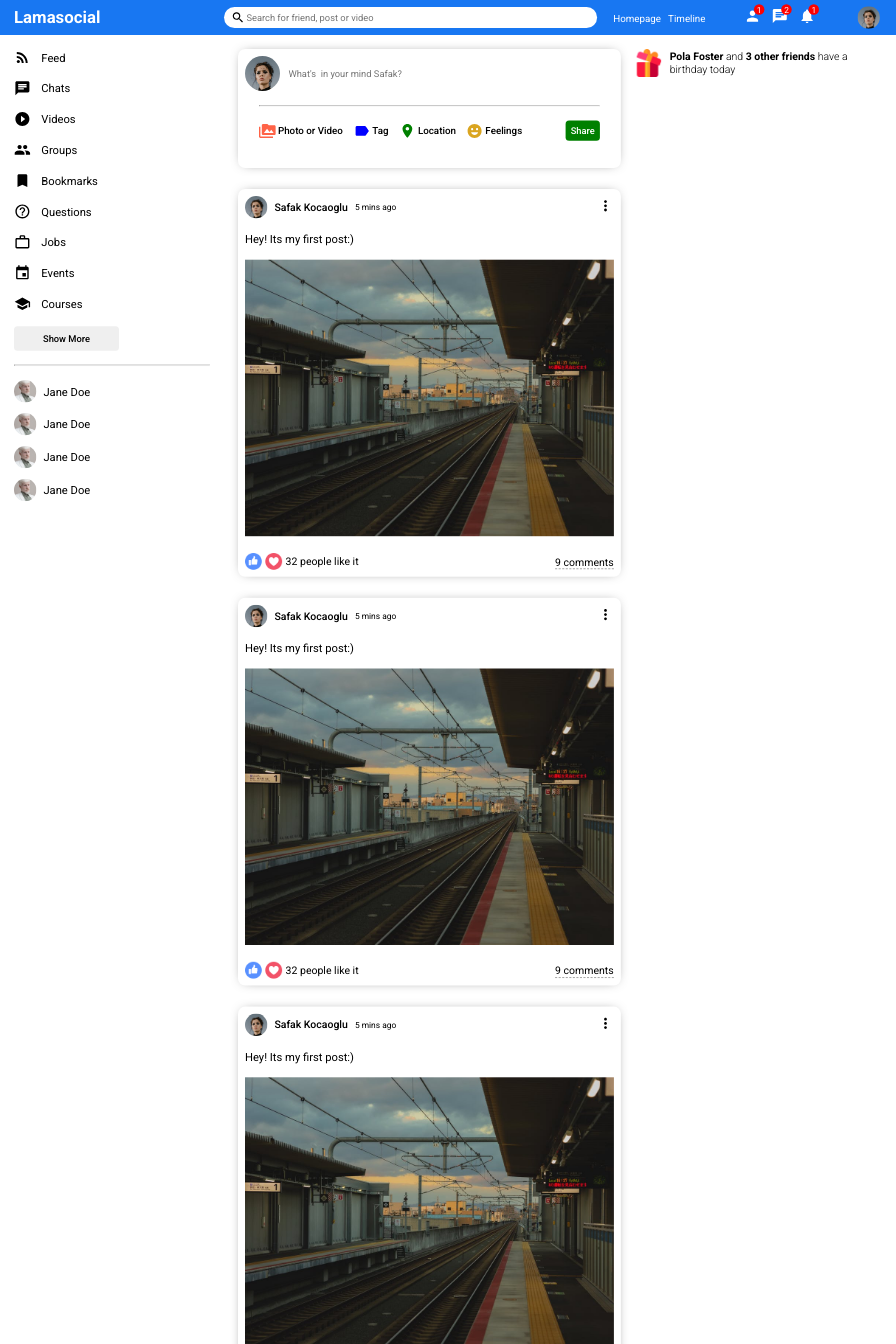
Repository: nazlinres01/react-social
Page: / (app in client/)
An editor plug-in stored every save of this project. The page is shown before and after the next save, followed by the edit.
The browser window is 1280 px wide. The pictures show the part of the page from y = 0 to 1920 px (the page is 3794 px tall before and 3367 px after), at 70% of full size.
The project was rebuilt for these pictures with package versions that can differ from the ones it lists, and the page was loaded fresh each time.

Above is the page before, as saved 2024-06-13 11:53:40.

### client/public/index.html
<!DOCTYPE html>
<html lang="en">

<head>
  <meta charset="utf-8" />
  <meta name="viewport" content="width=device-width, initial-scale=1" />
  <meta name="description" content="Web site created using create-react-app" />
  <link
    href="https://fonts.googleapis.com/css2?family=Roboto:ital,wght@0,100;0,300;0,400;0,500;0,700;0,900;1,100;1,300;1,400;1,500;1,700;1,900&display=swap"
    rel="stylesheet">
    <link rel="stylesheet" href="style.css">
  <title>Social App</title>
</head>

<body>
  <noscript>You need to enable JavaScript to run this app.</noscript>
  <div id="root"></div>
</body>

</html>

### client/src/App.js
import Home from "./pages/home/Home";

function App() {
  return <Home />
}

export default App;

### client/src/pages/home/Home.jsx
import Feed from "../../components/feed/Feed";
import Rightbar from "../../components/rightbar/Rightbar";
import Sidebar from "../../components/sidebar/Sidebar";
import Topbar from "../../components/topbar/Topbar";
import "./home.css"

export default function Home() {
    return (
        <>
            <Topbar />
            <div className="homeContainer">
                <Sidebar />
                <Feed />
                <Rightbar />

            </div>

        </>
    );
}

### client/src/components/feed/Feed.jsx
import Post from "../post/Post"
import Share from "../share/Share"
import "./feed.css"

export default function Feed() {
    return (
        <div className="feed">
            <div className="feedWrapper">
                <Share />
                <Post />
                <Post />
                <Post />
                <Post />
                <Post />
                <Post />

            </div>
        </div>
    )
}

### client/src/components/rightbar/Rightbar.jsx
import "./rightbar.css"

export default function Rightbar() {
    return (
        <div className="rightbar">
            <div className="rightbarWrapper">
                <div className="birthdayContainer">
                    <img className="birthdayImg" src="assets/gift.png" alt="" />
                    <span className="birthdayText">
                        <b>Pola Foster</b> and <b>3 other friends</b> have a birthday today</span>
                </div>
            </div>
        </div>
    )
}

### client/src/components/sidebar/Sidebar.jsx
import "./sidebar.css"
import { Bookmark, Chat, Event, Group, HelpOutline, PlayCircleFilledOutlined, RssFeed, School, WorkOutline } from "@material-ui/icons"

export default function Sidebar() {
    return (
        <div className="sidebar">
            <div className="sidebarWrapper">
                <ul className="sidebarList">
                    <li className="sidebarListItem">
                        <RssFeed className="sidebarIcon" />
                        <span className="sidebarListItemText">Feed</span>
                    </li>
                    <li className="sidebarListItem">
                        <Chat className="sidebarIcon" />
                        <span className="sidebarListItemText">Chats</span>
                    </li>
                    <li className="sidebarListItem">
                        <PlayCircleFilledOutlined className="sidebarIcon" />
                        <span className="sidebarListItemText">Videos</span>
                    </li>
                    <li className="sidebarListItem">
                        <Group className="sidebarIcon" />
                        <span className="sidebarListItemText">Groups</span>
                    </li>
                    <li className="sidebarListItem">
                        <Bookmark className="sidebarIcon" />
                        <span className="sidebarListItemText">Bookmarks</span>
                    </li>
                    <li className="sidebarListItem">
                        <HelpOutline className="sidebarIcon" />
                        <span className="sidebarListItemText">Questions</span>
                    </li>
                    <li className="sidebarListItem">
                        <WorkOutline className="sidebarIcon" />
                        <span className="sidebarListItemText">Jobs</span>
                    </li>
                    <li className="sidebarListItem">
                        <Event className="sidebarIcon" />
                        <span className="sidebarListItemText">Events</span>
                    </li>
                    <li className="sidebarListItem">
                        <School className="sidebarIcon" />
                        <span className="sidebarListItemText">Courses</span>
                    </li>
                </ul>
                <button className="sidebarButton">Show More</button>
                <hr className="sidebarHr" />
                <ul className="sidebarFriendList">
                    <li className="sidebarFriend">
                        <img className="sidebarFriendImg" src="/assets/person/2.jpeg" alt="" />
                        <span className="sidebarFriendName">Jane Doe</span>
                    </li>
                    <li className="sidebarFriend">
                        <img className="sidebarFriendImg" src="/assets/person/2.jpeg" alt="" />
                        <span className="sidebarFriendName">Jane Doe</span>
                    </li>
                    <li className="sidebarFriend">
                        <img className="sidebarFriendImg" src="/assets/person/2.jpeg" alt="" />
                        <span className="sidebarFriendName">Jane Doe</span>
                    </li>
                    <li className="sidebarFriend">
                        <img className="sidebarFriendImg" src="/assets/person/2.jpeg" alt="" />
                        <span className="sidebarFriendName">Jane Doe</span>
                    </li>
                    <li className="sidebarFriend">
                        <img className="sidebarFriendImg" src="/assets/person/2.jpeg" alt="" />
                        <span className="sidebarFriendName">Jane Doe</span>
                    </li>
                    <li className="sidebarFriend">
                        <img className="sidebarFriendImg" src="/assets/person/2.jpeg" alt="" />
                        <span className="sidebarFriendName">Jane Doe</span>
                    </li>
                    <li className="sidebarFriend">
                        <img className="sidebarFriendImg" src="/assets/person/2.jpeg" alt="" />
                        <span className="sidebarFriendName">Jane Doe</span>
                    </li>
                    <li className="sidebarFriend">
                        <img className="sidebarFriendImg" src="/assets/person/2.jpeg" alt="" />
                        <span className="sidebarFriendName">Jane Doe</span>
                    </li>
                    <li className="sidebarFriend">
                        <img className="sidebarFriendImg" src="/assets/person/2.jpeg" alt="" />
                        <span className="sidebarFriendName">Jane Doe</span>
                    </li>
                    <li className="sidebarFriend">
                        <img className="sidebarFriendImg" src="/assets/person/2.jpeg" alt="" />
                        <span className="sidebarFriendName">Jane Doe</span>
                    </li>
                    <li className="sidebarFriend">
                        <img className="sidebarFriendImg" src="/assets/person/2.jpeg" alt="" />
                        <span className="sidebarFriendName">Jane Doe</span>
                    </li>
                    <li className="sidebarFriend">
                        <img className="sidebarFriendImg" src="/assets/person/2.jpeg" alt="" />
                        <span className="sidebarFriendName">Jane Doe</span>
                    </li>
                    <li className="sidebarFriend">
                        <img className="sidebarFriendImg" src="/assets/person/2.jpeg" alt="" />
                        <span className="sidebarFriendName">Jane Doe</span>
                    </li>
                </ul>
            </div>
        </div>
    )
}

### client/src/components/topbar/Topbar.jsx
import "./topbar.css"
import { Search, Person, Chat, Notifications } from "@material-ui/icons"

export default function Topbar() {
  return (
    <div className="topbarContainer">
      <div className="topbarLeft">
        <span className="logo">Lamasocial</span>
      </div>
      <div className="topbarCenter">
        <div className="searchbar">
          <Search className="searchIcon" />
          <input placeholder="Search for friend, post or video" className="searchInput" />
        </div>
      </div>
      <div className="topbarRight">
        <div className="topbarLinks">
          <span className="topbarLink">Homepage</span>
          <span className="topbarLink">Timeline</span>
        </div>
        <div className="topbarIcons">
          <div className="topbarIconItem">
            <Person />
            <span className="topbarIconBadge">1</span>
          </div>
          <div className="topbarIconItem">
            <Chat />
            <span className="topbarIconBadge">2</span>
          </div>
          <div className="topbarIconItem">
            <Notifications />
            <span className="topbarIconBadge">1</span>
          </div>
        </div>
        <img src="/assets/person/1.jpeg" alt="" className="topbarImg" />
      </div>

    </div>
  )
}

### client/src/components/post/Post.jsx
import { MoreVert } from "@material-ui/icons"
import "./post.css"

export default function Post() {
    return (
        <div className="post">
            <div className="postWrapper">
                <div className="postTop">
                    <div className="postTopLeft">
                        <img src="/assets/person/1.jpeg" alt="" className="postProfileImg" />
                        <span className="postUsername">Safak Kocaoglu</span>
                        <span className="postDate">5 mins ago</span>

                    </div>
                    <div className="postTopRight">
                        <MoreVert />
                    </div>

                </div>
                <div className="postCenter">
                    <span className="postText">Hey! Its my first post:)</span>
                    <img className="postImg" src="assets/post/1.jpeg" alt="" />
                </div>
                <div className="postBottom">
                    <div className="postBottomLeft">
                        <img className="likeIcon" src="assets/like.png" alt="" />
                        <img className="likeIcon" src="assets/heart.png" alt="" />
                        <span className="postLikeCounter">32 people like it</span>
                    </div>
                    <div className="postBottomRight">
                        <span className="postCommentText">9 comments</span>
                    </div>

                </div>

            </div>

        </div>
    )
}

### client/src/components/share/Share.jsx
import "./share.css";
import { PermMedia, Label, Room, EmojiEmotions } from "@material-ui/icons";

export default function Share() {
    return (
        <div className="share">
            <div className="shareWrapper">
                <div className="shareTop">
                    <img src="/assets/person/1.jpeg" alt="" className="shareProfileImg" />
                    <input placeholder="What's  in your mind Safak?" className="shareInput" />
                </div>
                <hr className="shareHr" />
                <div className="shareBottom">
                    <div className="shareOptions">
                        <div className="shareOption">
                            <PermMedia htmlColor="tomato" className="shareIcon" />
                            <span className="shareOptionText">Photo or Video</span>
                        </div>
                        <div className="shareOption">
                            <Label htmlColor="blue" className="shareIcon" />
                            <span className="shareOptionText">Tag</span>
                        </div>
                        <div className="shareOption">
                            <Room htmlColor="green" className="shareIcon" />
                            <span className="shareOptionText">Location</span>
                        </div>
                        <div className="shareOption">
                            <EmojiEmotions htmlColor="goldenrod" className="shareIcon" />
                            <span className="shareOptionText">Feelings</span>
                        </div>
                    </div>
                    <button className="shareButton">Share</button>
                </div>
            </div>
        </div>
    )
}

### client/src/components/rightbar/rightbar.css
.rightbar {
    flex: 3.5;
}

.rightbarWrapper {
    padding: 20px 20px 0 0;
}

.birthdayContainer {
    display: flex;
    align-items: center;
}

.birthdayImg {
    width: 40px;
    height: 40px;
    margin-right: 10px;
}

.birthdayText {
    font-weight: 300;
    font-size: 15px;
}

### client/src/components/sidebar/sidebar.css
.sidebar {
    flex: 3;
    height: calc(100vh - 50px);
    overflow-y: scroll;
}

::-webkit-scrollbar {
    width: 5px;
}

::-webkit-scrolbar-track {
    background-color: #f1f1f1;
}

::-webkit-scrollbar-thumb {
    background-color: rgb(179, 179, 179);
}

.sidebarWrapper {
    padding: 20px;
}

.sidebarList {
    padding: 0;
    margin: 0;
    list-style: none;
}

.sidebarListItem {
    display: flex;
    align-items: center;
    margin-bottom: 20px;
}

.sidebarIcon {
    margin-right: 15px;
}

.sidebarButton {
    width: 150px;
    border: none;
    padding: 10px;
    border-radius: 5px;
    font-weight: 500;
}

.sidebarHr {
    margin: 20px 0;
}

.sidebarFriendList {
    padding: 0;
    margin: 0;
    list-style: none;
}

.sidebarFriend {
    display: flex;
    align-items: center;
    margin-bottom: 15px;
}

.sidebarFriendImg {
    width: 32px;
    height: 32px;
    border-radius: 50%;
    object-fit: cover;
    margin-right: 10px;
}

### client/src/components/topbar/topbar.css
.topbarContainer {
    height: 50px;
    width: 100%;
    background-color: #1877f2;
    display: flex;
    align-items: center;
    position: sticky;
    top: 0;
}

.topbarLeft {
    flex: 3;
}

.logo {
    font-size: 24px;
    margin-left: 20px;
    font-weight: bold;
    color: white;
    cursor: pointer;
}

.topbarCenter {
    flex: 5;
}

.searchbar {
    width: 100%;
    height: 30px;
    background-color: white;
    border-radius: 30px;
    display: flex;
    align-items: center;
}

.searchIcon {
    font-size: 20px !important;
    margin-left: 10px;
}

.searchInput {
    border: none;
    width: 70%;
}

.searchInput:focus {
    outline: none;
}

.topbarRight {
    flex: 4;
    display: flex;
    align-items: center;
    justify-content: space-around;
    color: white;
}

.topbarLink {
    margin-right: 10px;
    font-size: 14px;
    cursor: pointer;
}

.topbarIcons {
    display: flex;
}

.topbarIconItem {
    margin-right: 15px;
    cursor: pointer;
    position: relative;

}

.topbarIconBadge {
    width: 15px;
    height: 15px;
    background-color: red;
    border-radius: 50%;
    color: white;
    position: absolute;
    top: -5px;
    right: -5px;
    display: flex;
    align-items: center;
    justify-content: center;
    font-size: 12px;
}

.topbarImg {
    width: 32px;
    height: 32px;
    border-radius: 50%;
    object-fit: cover;
    cursor: pointer;
}

### client/src/components/post/post.css
.post {
    width: 100%;
    border-radius: 10px;
    -webkit-box-shdow: 0px 0px 16px -8px rgba(0, 0, 0, 0.68);
    box-shadow: 0px 0px 16px -8px rgba(0, 0, 0, 0.68);
    margin: 30px 0;
}

.postWrapper {
    padding: 10px;
}

.postTop {
    display: flex;
    align-items: center;
    justify-content: space-between;
}

.postTopLeft {
    display: flex;
    align-items: center;
}

.postProfileImg {
    width: 32px;
    height: 32px;
    border-radius: 50%;
    object-fit: cover;
}

.postUsername {
    font-size: 15px;
    font-weight: 500;
    margin: 0 10px;
}

.postDate {
    font-size: 12px;
}

.postCenter {
    margin: 20px 0;
}

.postImg {
    margin-top: 20px;
    width: 100%;
    max-height: 500px;
    object-fit: contain;
}

.postBottom {
    display: flex;
    align-items: center;
    justify-content: space-between;
}

.postBottomLeft {
    display: flex;
    align-items: center;
}

.likeIcon {
    width: 24px;
    height: 24px;
    margin-right: 5px;
    cursor: pointer;
}

.postLikeCounter {
    font-size: 15px;
}

.postCommentText {
    cursor: pointer;
    border-bottom: 1px dashed gray;
    font-size: 15px;
}

### client/src/components/share/share.css
.share {
    width: 100%;
    height: 170px;
    border-radius: 10px;
    -webkit-box-shdow: 0px 0px 16px -8px rgba(0, 0, 0, 0.68);
    box-shadow: 0px 0px 16px -8px rgba(0, 0, 0, 0.68);
}

.shareWrapper {
    padding: 10px;
}

.shareTop {
    display: flex;
    align-items: center;
}

.shareProfileImg {
    width: 50px;
    height: 50px;
    border-radius: 50%;
    object-fit: cover;
    margin-right: 10px;
}

.shareInput {
    border: none;
    width: 80%;
}

.shareInput:focus {
    outline: none;
}

.shareHr {
    margin: 20px;
}

.shareBottom {
    display: flex;
    align-items: center;
    justify-content: space-between;
}

.shareOptions {
    display: flex;
    margin-left: 20px;
}

.shareOption {
    display: flex;
    align-items: center;
    margin-right: 15px;
    cursor: pointer;
}

.shareIcon {
    font-size: 18px;
    margin-right: 3px
}

.shareOptionText {
    font-size: 14px;
    font-weight: 500;
}

.shareButton {
    border: none;
    padding: 7px;
    border-radius: 5px;
    background-color: green;
    font-weight: 500;
    margin-right: 20px;
    cursor: pointer;
    color: white;
}

Loaded but not shown: client/src/index.js (common file); client/src/pages/home/home.css (common file); client/src/components/feed/feed.css (common file); client/public/style.css (common file)

After the next save:
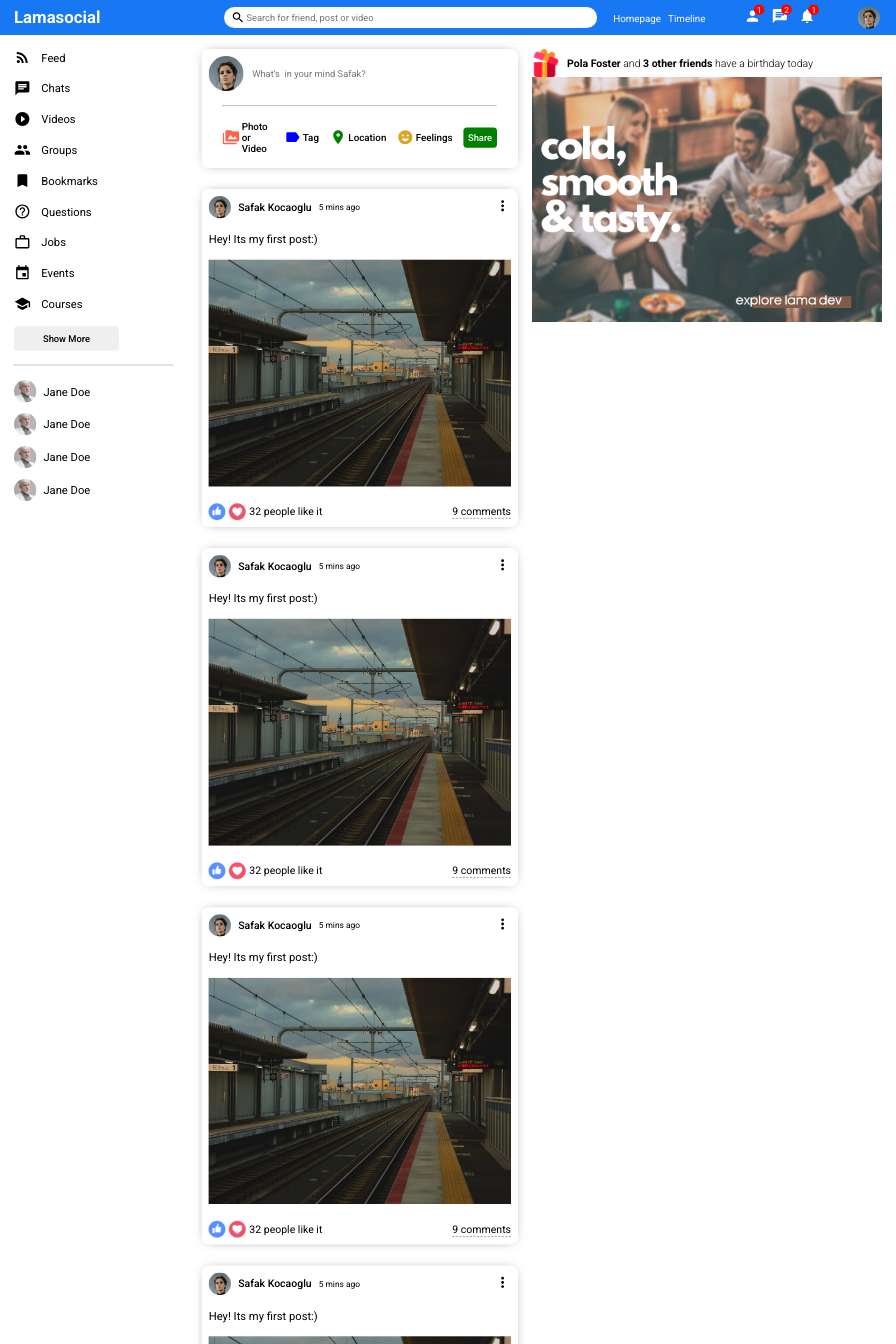
Saved 84 s later.
--- a/client/src/components/rightbar/Rightbar.jsx
+++ b/client/src/components/rightbar/Rightbar.jsx
@@ -9,6 +9,7 @@ export default function Rightbar() {
                     <span className="birthdayText">
                         <b>Pola Foster</b> and <b>3 other friends</b> have a birthday today</span>
                 </div>
+                <img src="assets/ad.png" alt="" className="rightbarAd" />
             </div>
         </div>
     )

After the save that followed:
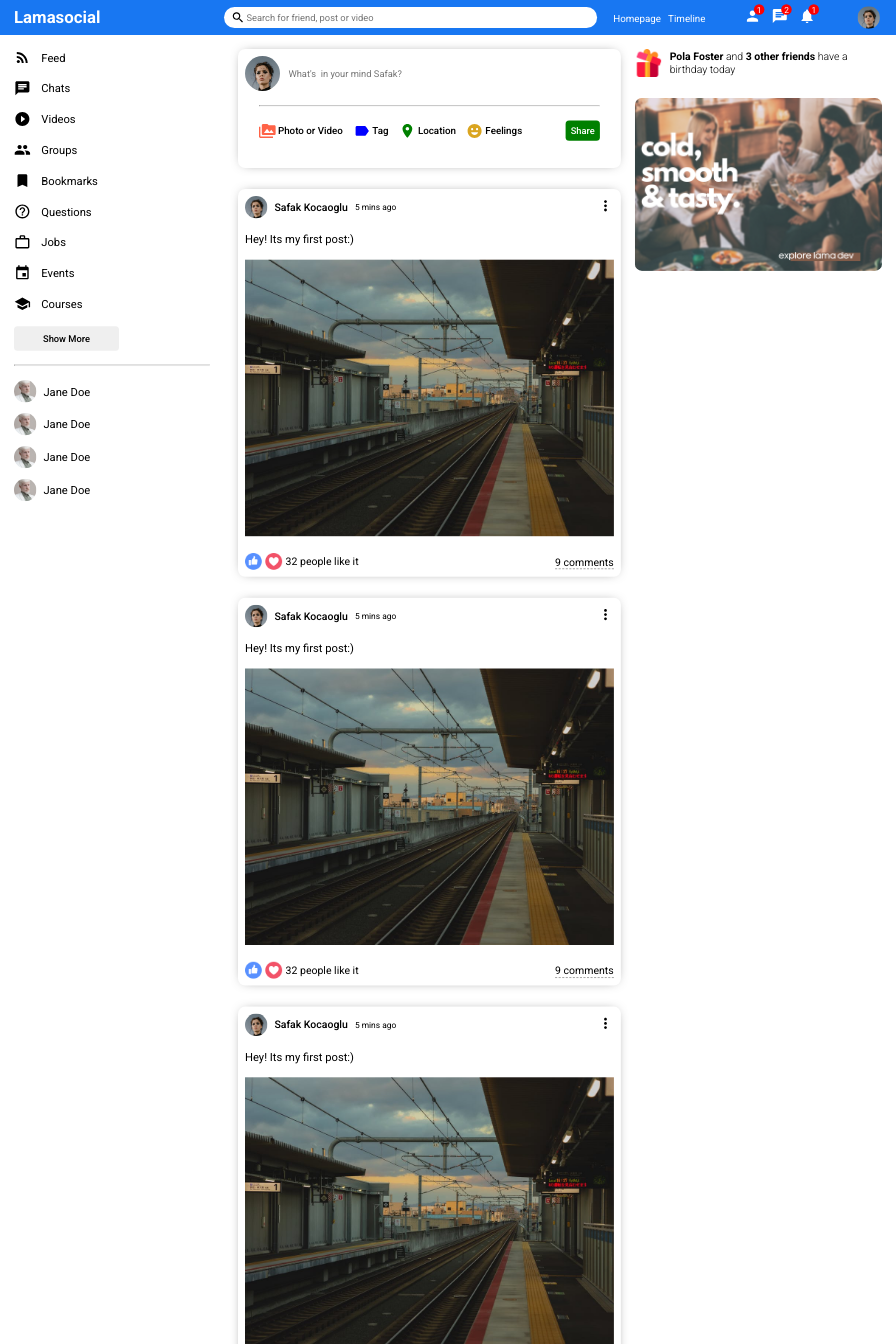
Saved 79 s later.
--- a/client/src/components/rightbar/rightbar.css
+++ b/client/src/components/rightbar/rightbar.css
@@ -21,3 +21,9 @@
     font-weight: 300;
     font-size: 15px;
 }
+
+.rightbarAd {
+    width: 100%;
+    border-radius: 10px;
+    margin: 30px 0;
+}
